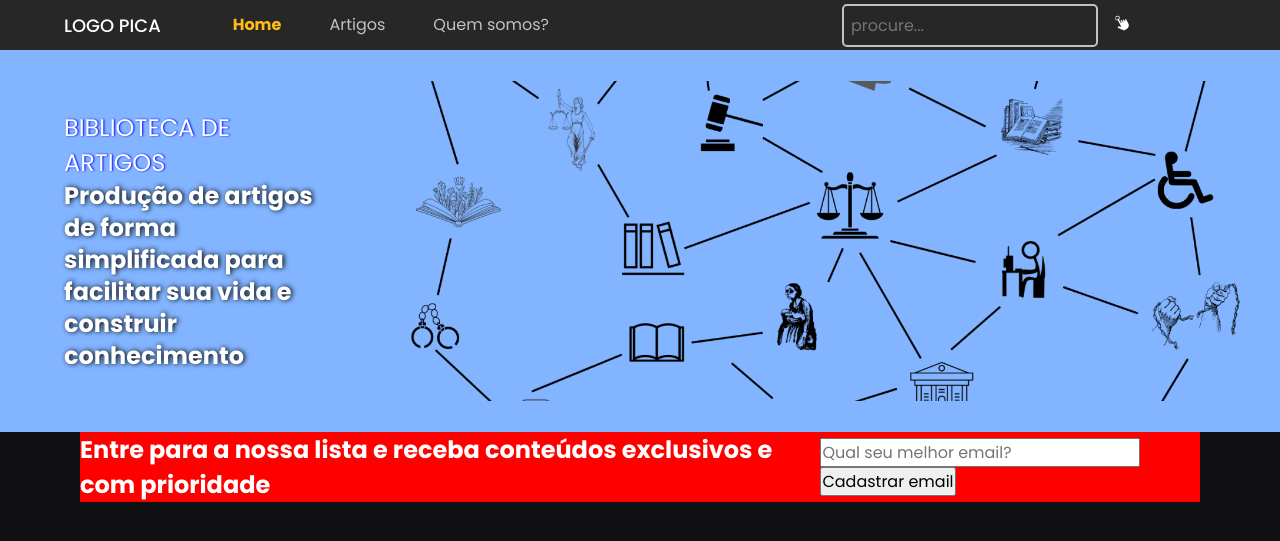
Repository: ArthurHendrich/Inepto
Page: /
An editor plug-in stored every save of this project. The page is shown before and after the next save, followed by the edit.
The browser window is 1280 px wide. The pictures show the whole page.
The project was rebuilt for these pictures with package versions that can differ from the ones it lists, and the page was loaded fresh each time. The framework's server and built-in components were replaced by stand-ins that run in the browser. Also part of the build but not shown: next.config.js.

Above is the page before, as saved 2022-07-06 19:50:36.

### src/pages/_app.tsx
import { AppProps } from "next/app";
import { Header } from "../components/header";

import '../styles/global.scss';

function MyApp({ Component, pageProps }: AppProps) {
  return (
    <>
    <Header />
    <Component {...pageProps} />
    </>
  );
}

export default MyApp;

### src/pages/_document.tsx
import Document, { Html, Head, Main, NextScript } from "next/document";

export default class MyDocument extends Document {
  render() {
    return (
      <Html>
        <Head>
          <link rel="preconnect" href="https://fonts.googleapis.com" />
          <link
            href="https://fonts.googleapis.com/css2?family=Poppins:wght@400;500;700;900&display=swap"
            rel="stylesheet"
          />
          <link rel="shortcut icon" href="favicon.png" type="image/png" />
        </Head>
        <body>
          <Main />
          <NextScript />
        </body>
      </Html>
    );
  }
}

### src/pages/index.tsx
import Head from 'next/head';

import styles from '../styles/home.module.scss';

export default function Home() {

  return (
    <>
    <Head>
      <title>Direito Inepto</title>
    </Head>


    <main>
      <section className={styles.headerContainer} >
        <div className={styles.headerText}>
          <h1>BIBLIOTECA DE ARTIGOS</h1>
          <h2>Produção de artigos de forma simplificada para facilitar sua vida e construir conhecimento</h2>
        </div>
        <img src="/images/headerImage.png" alt="Header Image" />
      </section>

      <section className={styles.inputContainer}>
          <div>
            <h2>Entre para a nossa lista e receba conteúdos exclusivos e com prioridade</h2>
          </div>
          <div className={styles.inputContent}>
            <input type="text" placeholder="Qual seu melhor email?" />
            <button>Cadastrar email</button>
          </div>
      </section>
    </main>

    </>
  )
}

### src/components/header/index.tsx
import styles from "./styles.module.scss";
import { GiClick } from "react-icons/gi";
import { ActiveLink } from "../ActiveLink";
import { useState } from "react";



export function Header() {
  const [inputText, setInputText] = useState('');



  return (
    <header className={styles.headerContainer}>
      <div className={styles.headerContent}>
        <div className={styles.headerItens}>
          <div className={styles.headerLogo}>
            <ActiveLink href="/" activeClassName={styles.active}>
              <a>LOGO PICA</a>
            </ActiveLink>
          </div>

          <nav>
            <ActiveLink href="/" activeClassName={styles.active}>
              <a>Home</a>
            </ActiveLink>

            <ActiveLink href="/posts" activeClassName={styles.active}>
              <a>Artigos</a>
            </ActiveLink>

            <ActiveLink href="/sobre" activeClassName={styles.active}>
              <a>Quem somos?</a>
            </ActiveLink>
          </nav>
        </div>

        <div className={styles.headerSearch}>
          <input
            type="text"
            value={inputText}
            placeholder="procure..."
            onChange={(e) => setInputText(e.target.value)}
          />
          <GiClick className={styles.headerSearchIcon}/>
        </div>
      </div>
    </header>
  );
}

### src/styles/global.scss
* {
  margin: 0;
  padding: 0;
  box-sizing: border-box;
}

:root {
  --white: #FFF;

  --gray-100: #C2C2C2;
  --gray-200: #CCCCCC;
  --gray-300: #7a7a7a;
  --gray-500: #272727;
  --gray-900: #111113;

  --blue-200: #3C7198;
  --blue-500: #82B4FF;
  --blue-900: #95D2FF;

  --purple-header: #2F1C6A;
  --purple-content: #492E9E;

  --yellow-500: #FFBE16;
}

@media (max-width: 1080px) {
  html {
    font-size: 93.75%;
  }
}

@media (max-width: 720px) {
  html {
    font-size: 87.5%;
  }
}

body{
  background: var(--gray-900);
  color: var(--white);
}

body, input, textarea, select, button {
  font: 400 1rem 'Poppins', sans-serif;
}

button {
  cursor: pointer;
}

a {
  color: inherit;
  text-decoration: none;
}

### src/styles/home.module.scss
.headerContainer {
  min-height: calc(60vh - 3.125rem);
  margin: 0 auto;
  display: flex;
  justify-content: center;
  align-items: center;
  padding: 0 2rem;
  background: var(--blue-500);

  .headerText {
    padding-left: 2rem;

    font-size: rem;

    h1 {
      font-weight: 50;
      cursor: pointer;
      text-shadow: 1px 0px 2px blue;
    }

    h2{
      font-weight: 700;
      line-height: 2rem;
      text-shadow: 1.5px 0px 5px black;
      cursor: pointer;
    }
  }

  img {
    width: 75%
  }
}

.inputContainer {
  max-width: 1120px;
  margin: 0 auto;
  display: flex;
  align-items: center;
  justify-content: center;
  background-color: red;
}

### src/components/header/styles.module.scss
.headerContainer {
  height: 3.125rem;
  background: var(--gray-500);
  color: var(--white);

}


.headerContent {
  height: 3.125rem;
  margin: 0 auto;
  display: flex;
  padding: 0 4rem;
  align-items: center;
  justify-content: space-between;

  .headerItens {
    display: flex;
    align-items: center;
    justify-content: space-between;

    .headerLogo {
      margin-right: 4rem;
      font-size: 1.125rem;
      font-weight: 500;
    }

    nav {
      height: 6rem;

      a {
        display: inline-block;
        position: relative;
        padding: 0 0.5rem;
        height: 6rem;
        line-height: 6rem;
        color: var(--gray-100);
        transition: color 0.2s;

        & + a {
          margin-left: 2rem;
        }

        &:hover {
          color: var(--white);
        }

        &.active{
          color: var(--yellow-500);
          font-weight: bold;
        }
      }
    }
  }

  .headerSearch {
    padding: 0 0.5rem;

    input {
      margin-right: 1rem;
      border: 2px solid var(--gray-100);
      border-radius: 5px;
      background: transparent;
      width: 70%;
      padding: 0.4375rem 0.4375rem;
      color: var(--gray-300);
    }
  }
}

### src/components/ActiveLink/index.tsx
import Link, { LinkProps } from "next/link";
import { useRouter } from "next/router";
import { cloneElement, ReactElement } from "react";

interface ActiveLinkProps extends LinkProps {
  children: ReactElement;
  activeClassName: string;
}

export function ActiveLink ({ children, activeClassName, ...rest }: ActiveLinkProps) {
  const { asPath } = useRouter();

  const className = asPath === rest.href ? activeClassName : '';


  return (
    <Link {...rest}>
      {cloneElement(children, { className })}
    </Link>
  )
}

After the next save:
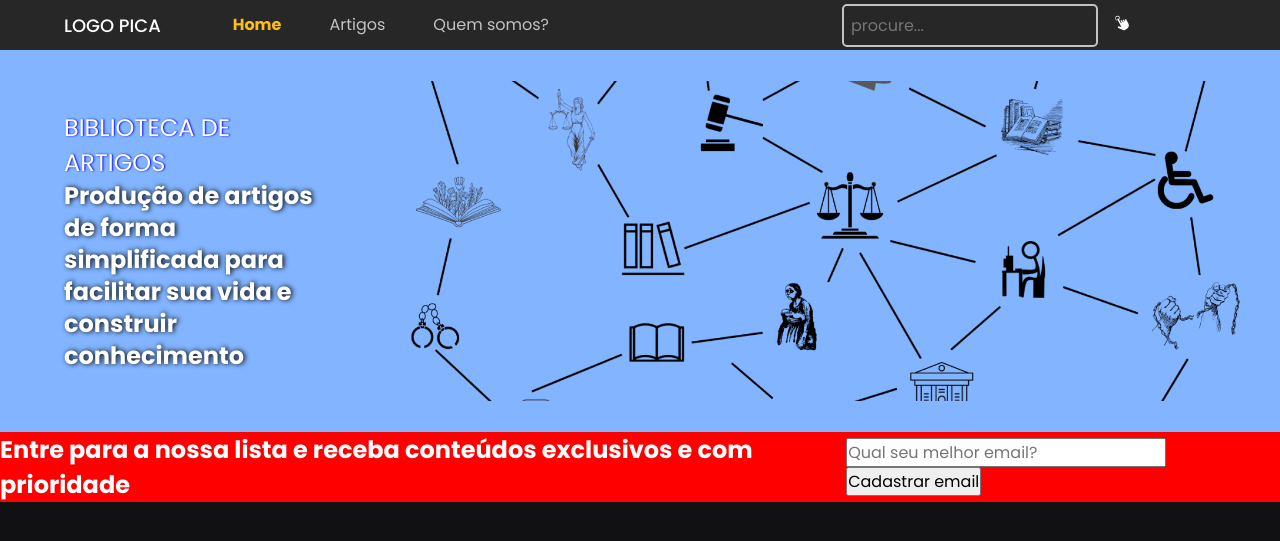
Saved 5 s later.
--- a/src/styles/home.module.scss
+++ b/src/styles/home.module.scss
@@ -32,7 +32,7 @@
 }
 
 .inputContainer {
-  max-width: 1120px;
+  max-width: 1500px;
   margin: 0 auto;
   display: flex;
   align-items: center;
